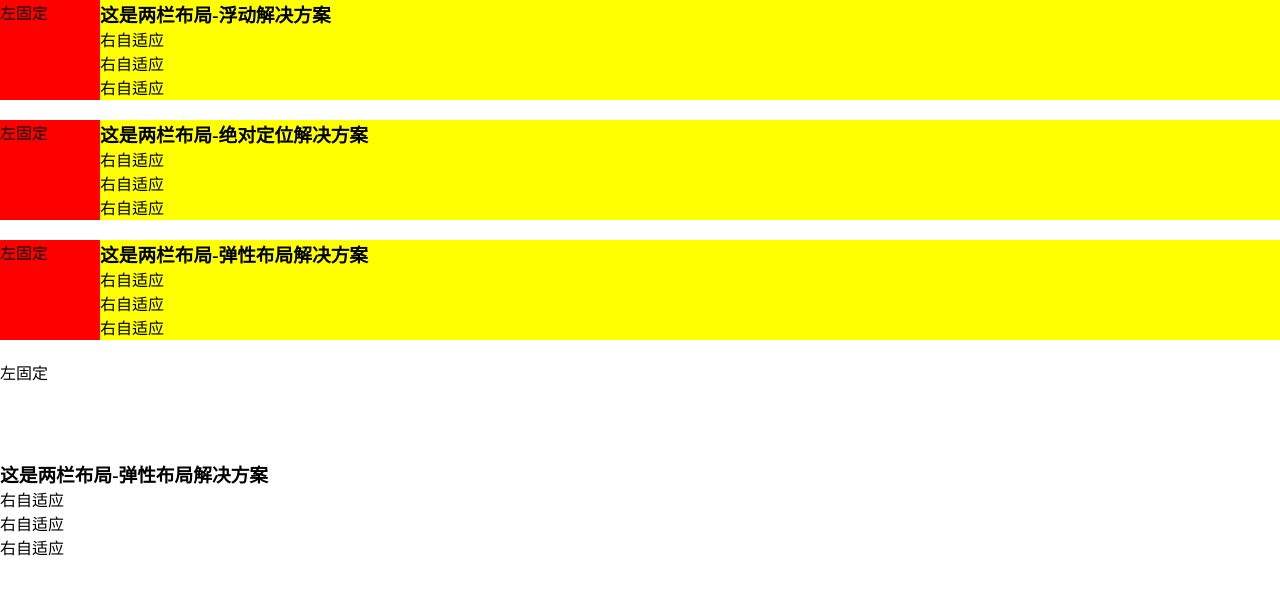
Repository: Qianfane/Blog
Page: 面试相关/测试/2-1、两栏布局-左固定右自适应.html
These files come from the project's save history. The page is drawn as it stood at one moment and after the next save; the edit follows.
The browser window is 1280 px wide. The pictures show the whole page.

Above is the page before, as saved 2022-01-03 16:12:54.

### 面试相关/测试/2-1、两栏布局-左固定右自适应.html
<!DOCTYPE html>
<html lang="en">

<head>
    <meta charset="UTF-8">
    <meta http-equiv="X-UA-Compatible" content="IE=edge">
    <meta name="viewport" content="width=device-width, initial-scale=1.0">
    <title>2-1、两栏布局-左固定右自适应</title>
    <style>
        html * {
            padding: 0;
            margin: 0;
        }

        .layout {
            margin-bottom: 20px;
        }

        .layout div {
            min-height: 100px;
        }
    </style>
</head>

<body>
    <!-- 浮动解决方案 -->
    <section class="layout float">
        <style>
            .layout.float .left {
                float: left;

                width: 100px;
                background: red;
            }

            .layout.float .right {
                background: yellow;
            }
        </style>
        <article class="left-right">
            <div class="left">左固定</div>
            <div class="right">
                <h1>这是两栏布局-浮动解决方案</h1>
                <p>右自适应</p>
                <p>右自适应</p>
                <p>右自适应</p>
            </div>
        </article>
    </section>

    <!-- 绝对定位解决方案 -->
    <section class="layout absolute">
        <style>
            .layout.absolute .left {
                position: absolute;
                left: 0;
                width: 100px;
                background: red;
            }

            .layout.absolute .right {
                position: absolute;
                left: 100px;
                right: 0;

                background: yellow;
            }
        </style>
        <article class="left-right">
            <div class="left">左固定</div>
            <div class="right">
                <h1>这是两栏布局-绝对定位解决方案</h1>
                <p>右自适应</p>
                <p>右自适应</p>
                <p>右自适应</p>
            </div>
        </article>
    </section>

    <!-- 弹性布局解决方案 -->
    <section class="layout flexbox">
        <style>
            .layout.flexbox {
                margin-top: 140px;
            }
            .layout.flexbox .left-right {
                display: flex;
            }
            .layout.flexbox .left {
                width: 100px;
                background: red;
            }

            .layout.flexbox .right {
                flex: 1;

                background: yellow;
            }
        </style>
        <article class="left-right">
            <div class="left">左固定</div>
            <div class="right">
                <h1>这是两栏布局-弹性布局解决方案</h1>
                <p>右自适应</p>
                <p>右自适应</p>
                <p>右自适应</p>
            </div>
        </article>
    </section>

    <!-- 表格布局解决方案 -->
    <section class="layout table">
        <style>
            .layout.flexbox .left-right {
                display: flex;
            }
            .layout.flexbox .left {
                width: 100px;
                background: red;
            }

            .layout.flexbox .right {
                flex: 1;

                background: yellow;
            }
        </style>
        <article class="left-right">
            <div class="left">左固定</div>
            <div class="right">
                <h1>这是两栏布局-弹性布局解决方案</h1>
                <p>右自适应</p>
                <p>右自适应</p>
                <p>右自适应</p>
            </div>
        </article>
    </section>
</body>

</html>

After the next save:
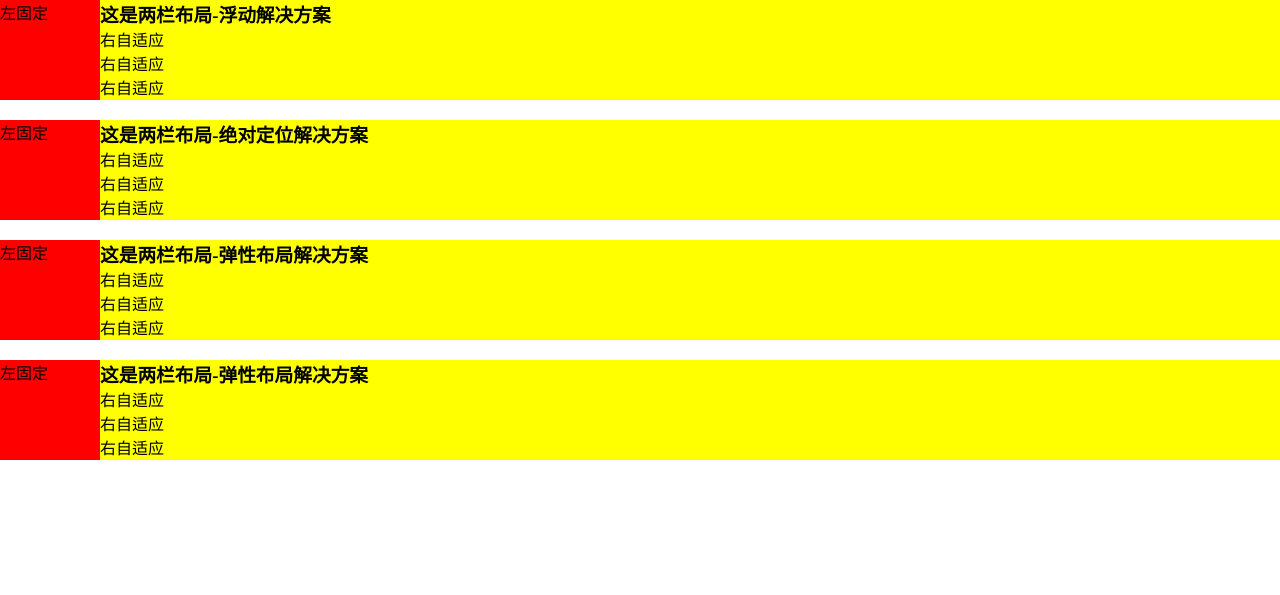
Saved 10 s later.
--- a/面试相关/测试/2-1、两栏布局-左固定右自适应.html
+++ b/面试相关/测试/2-1、两栏布局-左固定右自适应.html
@@ -111,15 +111,15 @@
     <!-- 表格布局解决方案 -->
     <section class="layout table">
         <style>
-            .layout.flexbox .left-right {
+            .layout.table .left-right {
                 display: flex;
             }
-            .layout.flexbox .left {
+            .layout.table .left {
                 width: 100px;
                 background: red;
             }
 
-            .layout.flexbox .right {
+            .layout.table .right {
                 flex: 1;
 
                 background: yellow;
